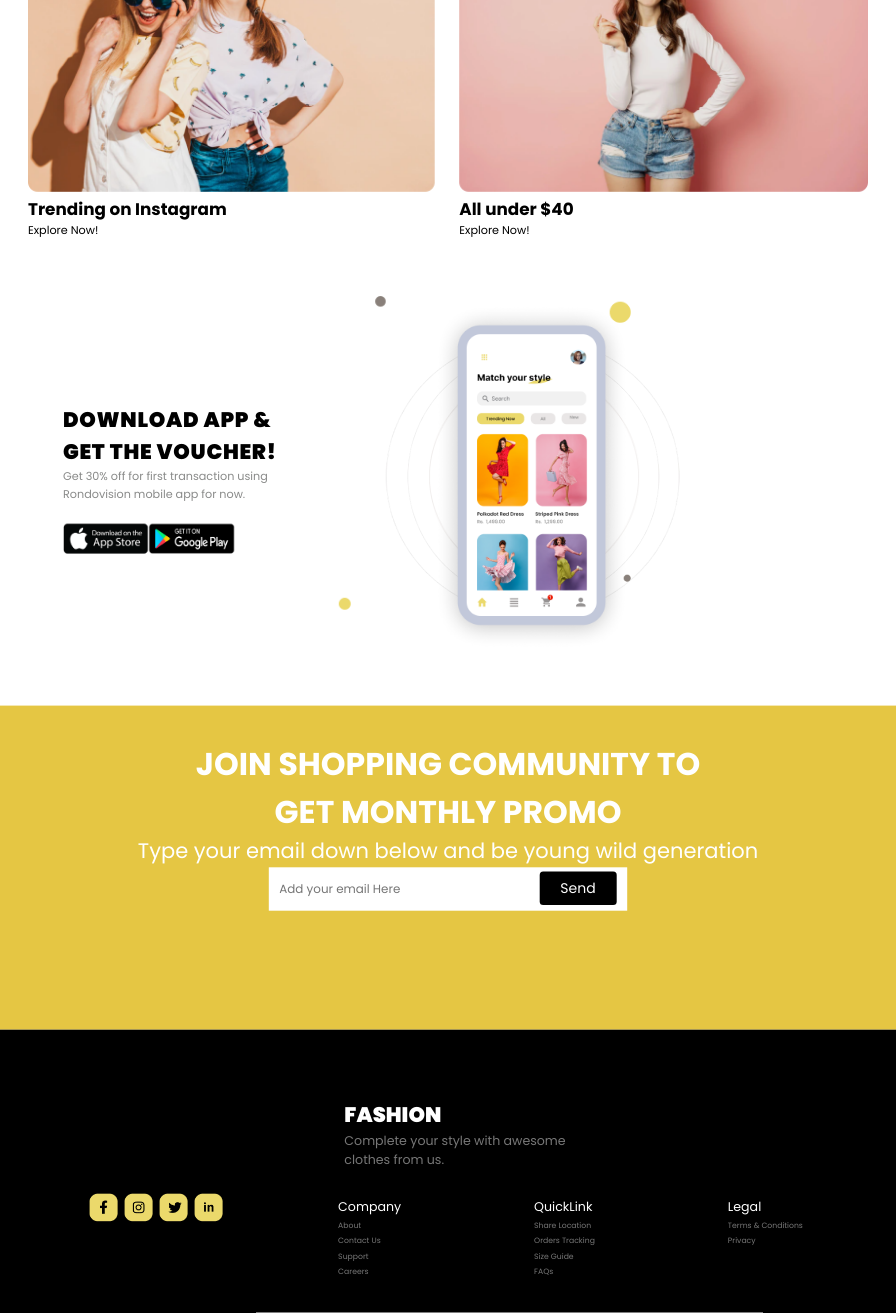
Repository: isaacCodes1/FashionWebsite
Page: index.html
These files come from the project's save history. The page is drawn as it stood at one moment and after the next save; the edit follows.
The browser window is 1280 px wide. The pictures show the part of the page from y = 2560 to 4480 px (the page is 4435 px tall before and 4480 px after), at 70% of full size.

Above is the page before, as saved 2024-03-14 10:48:36.

### index.html
<!DOCTYPE html>
<html lang="en">
  <head>
    <meta charset="UTF-8" />
    <meta name="viewport" content="width=device-width, initial-scale=1.0" />
    <title>Shopping Site Assignment</title>
    <link rel="stylesheet" href="style.css" />
  </head>
  <body>
    <header>
      <nav>
        <!--------- NavItems ------->
        <div class="image">
          <a href="#"><img src="/Assets/Vector (3).png" />FASHION</a>
        </div>
        <div class="navItems">
          <ul>
            <li><a href="#">CATALOGUE</a></li>
            <li><a href="#">FASHION</a></li>
            <li><a href="#">FAVORITE</a></li>
            <li><a href="#">LIFESTYLE</a></li>
          </ul>
          <button>SIGN UP</button>
        </div>
      </nav>
    </header>
    <main>
      <!------- FirstPage ------>
      <section class="firstPageCont">
        <div class="FirstPage">
          <div class="txtCont">
            <h1>
              <span class="spn1">LET'S <br /></span>EXPLORE <br />
              <span class="spn2">UNIQUE <br /></span>CLOTHES.
            </h1>
            <p>Live for Influential and Innovative fashion!</p>
            <div class="txtBtn">
              <img src="/Assets/Vector 9.png" alt="" />
              <button class="btns">Shop Now</button>
            </div>
          </div>
          <div class="imgCont">
            <div class="star1"><img src="/Assets/Star 11.png" alt="" /></div>
            <div class="star2"><img src="/Assets/Star 11.png" alt="" /></div>
            <div class="star3"><img src="/Assets/Star 11.png" alt="" /></div>
            <div class="star4"><img src="/Assets/Star 11.png" alt="" /></div>
            <img src="/Assets/girl.png" alt="" />
          </div>
        </div>
      </section>
      <!------ Logos ------->
      <section class="firstPageFooter">
        <div class="logoCont">
          <img src="/Assets/HM.png" alt="" />
          <img src="/Assets/Obey.png" alt="" />
          <img src="/Assets/Shopify.png" alt="" />
          <img src="/Assets/Lacoste.png" alt="" />
          <img src="/Assets/Levis.png" alt="" />
          <img src="/Assets/Amazon.png" alt="" />
        </div>
      </section>
      <section class="nextPageCont">
        <div class="nextPageText">
          <h1>NEW ARRIVALS</h1>
          <img src="/Assets/Vector 9.png" alt="" />
        </div>
        <div class="prettyImages">
          <div class="Images">
            <div class="prettyImg">
              <img src="/Assets/image1.png" alt="" />
            </div>
            <div class="prettyText">
              <div class="txtIcon">
                <h1>Hoodies & Sweatshirt</h1>
                <p>Explore Now!</p>
              </div>
              <div class="icons"></div>
            </div>
          </div>
          <div class="Images">
            <div class="prettyImg">
              <img src="/Assets/image2.png" alt="" />
            </div>
            <div class="prettyText">
              <div class="txtIcon">
                <h1>Coats & Parkas</h1>
                <p>Explore Now!</p>
              </div>
              <div class="icons"></div>
            </div>
          </div>
          <div class="Images">
            <div class="prettyImg">
              <img src="/Assets/image3.png" alt="" />
            </div>
            <div class="prettyText">
              <div class="txtIcon">
                <h1>Tees & T-Shirt</h1>
                <p>Explore Now!</p>
              </div>
              <div class="icons"></div>
            </div>
          </div>
        </div>
      </section>
      <section class="payDay">
        <div class="genDiv">
          <div class="yellowImg">
            <img src="/Assets/image 12.png" alt="" />
          </div>
          <div class="yellowTxt">
            <h1><span class="spn3">PAYDAY</span>SALE NOW</h1>
            <p>
              Spend minimal $100 get 30% off <br />voucher code for your next
              purchase
            </p>
            <p><strong>1 June -10 June 2021</strong></p>
            <p class="para">*Terms &Conditions apply</p>
            <button class="btn">SHOP NOW</button>
          </div>
        </div>
      </section>
      <!--------   Images   ------->
      <section class="nextPageCont">
        <div class="nextPageText">
          <h1>Young's Favorite.</h1>
          <img class="vector" src="/Assets/Vector 9.png" alt="" />
        </div>
        <div class="prettyImages">
          <div class="Images">
            <div class="prettyImg">
              <img src="/Assets/Girls.png" alt="" />
            </div>
            <div class="prettyText">
              <div class="txtIcon">
                <h1>Trending on Instagram</h1>
                <p>Explore Now!</p>
              </div>
              <div class="icons"></div>
            </div>
          </div>

          <div class="Images">
            <div class="prettyImg">
              <img src="/Assets/Rectangle 49.png" alt="" />
            </div>
            <div class="prettyText">
              <div class="txtIcon">
                <h1>All under $40</h1>
                <p>Explore Now!</p>
              </div>
              <div class="icons"></div>
            </div>
          </div>
        </div>
      </section>
      <!---- Apps----->
      <section class="nextPageCont2">
        <div class="nextPageText2">
          <h1>DOWNLOAD APP & <br />GET THE VOUCHER!</h1>
          <p>
            Get 30% off for first transaction using <br />Rondovision mobile app
            for now.
          </p>
          <div class="store">
            <img src="/Assets/Apple Store.png" alt="" />
            <img src="/Assets/Google Play.png" alt="" />
          </div>
        </div>
        <div class="Images2">
          <div class="prettyImg2">
            <img src="/Assets/Mobile app.png" alt="" />
            <div class="circle1"><img src="/Assets/circle.png" alt="" /></div>
            <div class="circley"><img src="/Assets/circle y.png" alt="" /></div>
            <div class="circleye">
              <img src="/Assets/circle y.png" alt="" />
            </div>
            <div class="circle2"><img src="/Assets/circle.png" alt="" /></div>
            <div class="bigC"><img src="/Assets/back1.png" alt="" /></div>
            <div class="largeC">
              <img src="/Assets/lagrescircle.png" alt="" />
            </div>
            <div class="largeC1">
              <img src="/Assets/lagrescircle.png" alt="" />
            </div>
          </div>
        </div>
        <div class="icons"></div>
      </section>
      <!------ Footer ------>
      <section class="footer">
        <div class="footerDiv">
          <div class="h1footer">
            <h1>
              JOIN SHOPPING COMMUNITY TO <br />
              GET MONTHLY PROMO
            </h1>
          </div>
          <div class="pFooter">
            <p>Type your email down below and be young wild generation</p>
            <div class="input">
              <input
                class="input"
                type="text"
                placeholder="Add your email Here"
              />
              <!-- <input class="inputbtn" type="button" value="SEND" /> -->
              <a href="#">Send</a>
            </div>
          </div>
        </div>
      </section>
      <section class="foot">
        <div class="footDiv">
          <div class="footTxt">
            <h1>FASHION</h1>
            <p>
              Complete your style with awesome <br />
              clothes from us.
            </p>
          </div>

          <div class="socialIcons">
            <div class="icon">
              <img src="/Assets/Facebook.png" alt="" />
            </div>
            <div class="icon">
              <img src="/Assets/Instagram.png" alt="" />
            </div>
            <div class="icon">
              <img src="/Assets/Twitter.png" alt="" />
            </div>
            <div class="icon">
              <img src="/Assets/Linkedn.png" alt="" />
            </div>
            <div class="links">
              <div class="links1">Company</div>
              <div class="links2">About</div>
              <div class="links2">Contact Us</div>
              <div class="links2">Support</div>
              <div class="links2">Careers</div>
            </div>
            <div class="links">
              <div class="links1">QuickLink</div>
              <div class="links2">Share Location</div>
              <div class="links2">Orders Tracking</div>
              <div class="links2">Size Guide</div>
              <div class="links2">FAQs</div>
            </div>
            <div class="links">
              <div class="links1">Legal</div>
              <div class="links2">Terms & Conditions</div>
              <div class="links2">Privacy</div>
            </div>
          </div>
        </div>
      </section>
    </main>
  </body>
</html>

### style.css
@import url("https://fonts.googleapis.com/css2?family=Poppins:ital,wght@0,100;0,200;0,300;0,400;0,500;0,600;0,700;0,800;0,900;1,100;1,200;1,300;1,400;1,500;1,600;1,700;1,800;1,900&display=swap");
* {
  margin: 0;
  padding: 0;
  box-sizing: border-box;
  font-family: "Poppins", sans-serif;
}
nav {
  display: flex;
  align-items: center;
  justify-content: space-between;
  width: 100%;
  padding: 20px 40px;
}
.image a {
  display: flex;
  align-items: center;
  gap: 6px;
  text-decoration: none;
  color: #000;
  font-size: 16px;
  font-weight: 900;
}
.image a img {
  width: 16%;
}
.navItems {
  display: flex;
  gap: 30px;
  align-items: center;
}
.navItems ul {
  display: flex;
  gap: 30px;
  list-style: none;
}
.navItems ul li a {
  text-decoration: none;
  color: #000;
  font-size: 16px;
  font-weight: 500;
}
.navItems ul li:hover {
  transform: scale(1.05);
  transition: 1s ease-in-out;
}
.navItems button {
  border: 0;
  background: #000;
  padding: 10px 20px;
  color: #fff;
  border-radius: 5px;
  font-size: 13px;
}
.navItems button:hover {
  transform: scale(1.05);
  transition: 1s ease-in-out;
  color: #000;
  background: rgb(137, 136, 136);
}
/* firstPageCtn */
.firstPageCont {
  padding: 20px 40px;
}
.FirstPage {
  display: flex;
  flex: 1;
  width: 100%;
  height: 90vh;
  padding: 40px 10px 0px 10px;
  border-radius: 30px;
  background: #f4f6f5;
}
.txtCont {
  display: flex;
  flex: 0.5;
  flex-direction: column;
  gap: 10px;
  padding-left: 40px;
}

.txtCont h1 {
  font-size: 64px;
  font-weight: 900;
  width: 50%;
  line-height: 75px;
}

.txtCont p {
  font-size: 20px;
}
.txtBtn {
  display: flex;
  align-items: center;
  width: 80%;
  margin-top: 10px;
  gap: 10px;
}
.btns {
  border: 0;
  background: #000;
  padding: 10px 20px;
  color: #fff;
  border-radius: 5px;
  font-size: 13px;
}
.btns:hover {
  transform: scale(1.05);
  transition: 1s ease-in-out;
  color: #000;
  background: rgb(137, 136, 136);
}
.txtBtn img {
  width: 100px;
}
.imgCont {
  flex: 0.5;
  display: flex;
  position: relative;
}
.star1 {
  position: absolute;
  top: 5px;
  left: 10px;
}
.star1 img {
  width: 30px;
}
.star2 {
  position: absolute;
  top: 20px;
  left: 450px;
}
.star2 img {
  width: 30px;
}
.star3 {
  position: absolute;
  bottom: 10px;
  left: 70px;
}
.star3 img {
  width: 30px;
}
.star4 {
  position: absolute;
  bottom: 20px;
  left: 400px;
}
.star4 img {
  width: 30px;
}
.spn1 {
  display: flex;
  align-items: center;
  background-image: url(/Assets/rectangle1.png);
  background-size: cover;
  background-repeat: no-repeat;
  width: 100%;
  padding-left: 20px;
}
.spn2 {
  background-image: url(/Assets/Rectangle2.png);
  background-size: cover;
  background-repeat: no-repeat;
  padding-right: 50px;
  padding-left: 20px;
}
/* next Page */
.firstPageFooter {
  background: #ebd96b;
  padding: 20px 30px;
  display: flex;
  align-items: center;
  justify-content: center;
}
.logoCont {
  display: flex;
  justify-content: center;
  gap: 50px;
}
.logoCont img {
  width: 7%;
}
.nextPageCont {
  margin-top: 20px;
  padding: 20px 40px;
  display: flex;
  flex-direction: column;
  gap: 55px;
  margin-bottom: 50px;
}
.nextPageText {
  position: relative;
}
.nextPageText h1 {
  font-size: 38px;
  letter-spacing: 1px;
  font-weight: 900;
}
.nextPageText img {
  position: absolute;
  bottom: 5px;
  left: 200px;
  width: 10%;
  z-index: -1;
}
.prettyImages {
  display: flex;
  gap: 35px;
}

.prettyImg img {
  width: 100%;
}
.payDay {
  background: linear-gradient(
    1.32deg,
    #e0c340 0.13%,
    #dfc23e 3.97%,
    #e1c441 7.2%,
    #e3c743 10.13%,
    #e4c542 12.98%,
    #e6c744 15.99%,
    #e7c845 19.52%,
    #e5c643 23.96%,
    #e6c945 30.43%,
    #e3c743 36.49%,
    #e9ca48 42.49%,
    #edce49 49.35%,
    #f0d44c 55.42%,
    #f4d84f 61.43%,
    #f6da52 65.74%,
    #f7db53 72.23%,
    #f9dd55 77.43%,
    #f9df56 83.84%,
    #fae157 91.52%,
    #f9df56 97.87%
  );
}
.yellowTxt {
  flex-direction: column;
  margin-bottom: 10px;
}
.yellowTxt h1 {
  font-size: 65px;
  font-weight: 900;
}
.yellowTxt p {
  font-size: 22px;
  font-weight: 500;
}

.yellowImg img {
  flex: 0.5;
  display: flex;
  width: 600px;
  position: relative;
}

.genDiv {
  display: flex;
  align-items: center;
}
.btn {
  border: 0;
  background: #000;
  padding: 15px 25px;
  color: #fff;
  border-radius: 5px;
  font-size: 18px;
  font-weight: 500;
}
.btn:hover {
  transform: scale(1.05);
  transition: 1s ease-in-out;
  color: #000;
  background: rgb(137, 136, 136);
}
.spn3 {
  display: flex;
  background-image: url(/Assets/rectangle1.png);
  background-size: cover;
  background-repeat: no-repeat;
  width: 300px;
}
.nxtSect {
  margin-top: 20px;
  padding: 20px 40px;
  display: flex;
  flex-direction: column;
  gap: 50px;
  margin-bottom: 50px;
}
.nxtSectText {
  position: relative;
}
.nxtSectText h1 {
  font-size: 38px;
  letter-spacing: 1px;
  font-weight: 900;
}
.nxtSectText img {
  position: absolute;
  bottom: 6px;
  left: 250px;
  width: 10%;
  z-index: -1;
}
.assetText {
  display: flex;
  flex-direction: column;
}

/* storeSection */
.nextPageCont1 {
  margin-top: 20px;
  padding: 20px 40px;
  display: flex;
  flex-direction: column;
  gap: 50px;
  margin-bottom: 50px;
}
.nextPageText1 {
  position: relative;
  margin-left: 70px;
}
.nextPageText1 h1 {
  font-size: 38px;
  letter-spacing: 1px;
  font-weight: 900;
}
.prettyImages1 {
  display: flex;
  gap: 35px;
}
.prettyImg1 img {
  width: 40%;
  cursor: pointer;
}
.Images2 {
  display: flex;
}
.prettyImg2 {
  position: relative;
}
.prettyImg2 img {
  width: 70;
  height: 500px;
  margin-left: 70px;
}
.nextPageCont2 {
  margin-top: 20px;
  padding: 20px 40px;
  display: flex;
  gap: 50px;
  margin-bottom: 50px;
  align-items: center;
}
.nextPageText2 {
  display: flex;
  flex-direction: column;
  margin-left: 50px;
}
.nextPageText2 p {
  margin-bottom: 30px;
  color: #898a89;
}
.nextPageText2 h1 {
  font-size: 30px;
  letter-spacing: 1px;
  font-weight: 900;
}
.nextPageText2 img {
  width: 30%;
  cursor: pointer;
  display: flex;
}
.store {
  display: flex;
}
.circle1 {
  position: absolute;
  right: 350px;
  bottom: 500px;
}
.circle1 img {
  width: 15px;
  height: 15px;
  display: flex;
}
.circley {
  position: absolute;
  right: 0;
  bottom: 470px;
}
.circley img {
  width: 30px;
  height: 30px;
}
.circleye {
  position: absolute;
  right: 400px;
  bottom: 60px;
}
.circleye img {
  width: 17px;
  height: 17px;
}
.circle2 {
  position: absolute;
  right: 0;
  bottom: 100px;
}
.circle2 img {
  width: 10px;
  height: 10px;
}
.elipses {
  position: absolute;
}
.bigC {
  position: absolute;
  right: -12px;
  bottom: 100px;
  z-index: -1;
}
.bigC img {
  width: 300px;
  height: 300px;
  background: transparent;
}

.largeC {
  position: absolute;
  right: -41px;
  bottom: 70px;
  z-index: -1;
}
.largeC img {
  width: 360px;
  height: 360px;
  /* background: transparent; */
}
.largeC1 {
  position: absolute;
  right: -70px;
  bottom: 50px;
  z-index: -1;
}
.largeC1 img {
  width: 420px;
  height: 400px;
}
.footerDiv {
  background: #e5c643;
  padding-bottom: 170px;
}
.h1footer {
  color: #fff;
  text-align: center;
  padding-top: 50px;
  font-size: 30px;
  font-weight: 1000;
}
.pFooter {
  display: flex;
  flex-direction: column;
  justify-content: center;
  align-items: center;
  text-align: center;
  color: #fff;
  font-size: 30px;
}
/* .input {
  border: 1px;
  padding: 13px 170px 13px 9px;
  border-radius: 4px;
  outline: none;
  position: relative;
  margin-bottom: 3px;
}
.inputbtn {
  background: #000;
  color: #fff;
} */
.input {
  background: #fff;
  width: 40%;
  padding: 5px 0px;
}
.input input {
  background: none;
  border: 0;
  padding: 13px 0px 13px 0px;
  width: 71%;
  font-size: 17px;
  outline: 0;
}
.input a {
  font-size: 20px;
  text-decoration: 0;
  color: #fff;
  background: #000;
  padding: 10px 30px;

  border-radius: 5px;
}
.footDiv {
  background: #000;
  padding-right: 50px;
  padding-left: 70px;
  place-items: center;
}
.footTxt h1 {
  padding-top: 100px;
}
.footTxt p {
  padding-bottom: 40px;
}
.footTxt h1 {
  color: #fff;
  font-size: 30px;
  font-weight: 900;
}
.footTxt p {
  color: #777;
  font-size: 18px;
}
.socialIcons {
  display: flex;
  gap: 20px;
}

.icon {
  background: #ebd96b;
  width: 30px;
  display: flex;
  align-items: center;
  justify-content: center;
  height: 30px;
  border-radius: 8px;
}
.icon img {
  display: flex;
  align-items: center;
  width: 40px;
  place-items: center;
}
.links {
  margin-left: 150px;
  padding-right: 20px;
  margin-bottom: 50px;
}
.links1 {
  display: flex;
  flex-direction: column;
  color: #fff;
  font-size: 18px;
  margin-top: 0px;
}
.links2 {
  color: #777;
  font-size: 11px;
  padding-top: 5px;
}

After the next save:
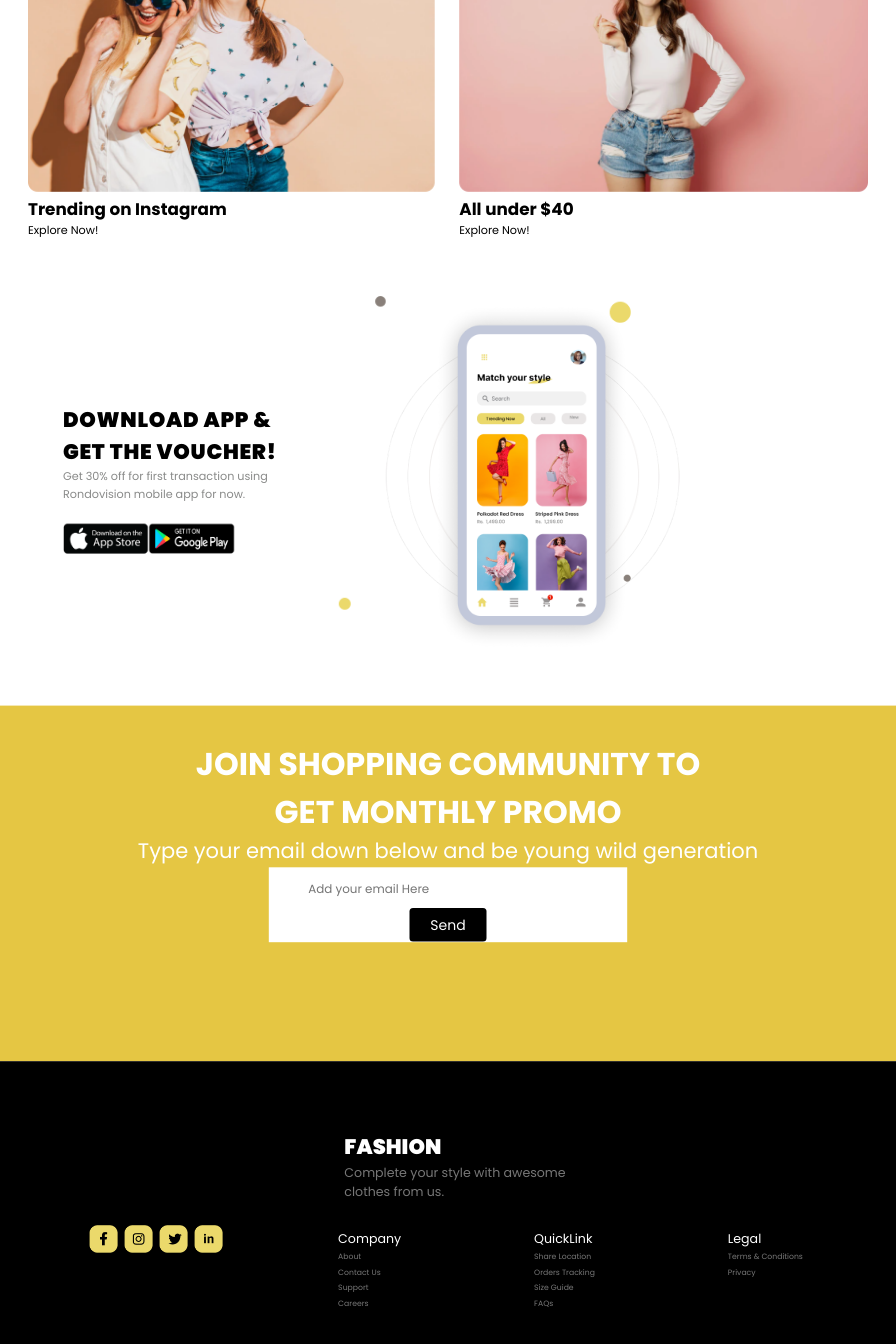
Saved 4 s later.
--- a/style.css
+++ b/style.css
@@ -493,7 +493,7 @@
   background: none;
   border: 0;
   padding: 13px 0px 13px 0px;
-  width: 71%;
+  width: 78%;
   font-size: 17px;
   outline: 0;
 }

After the save that followed:
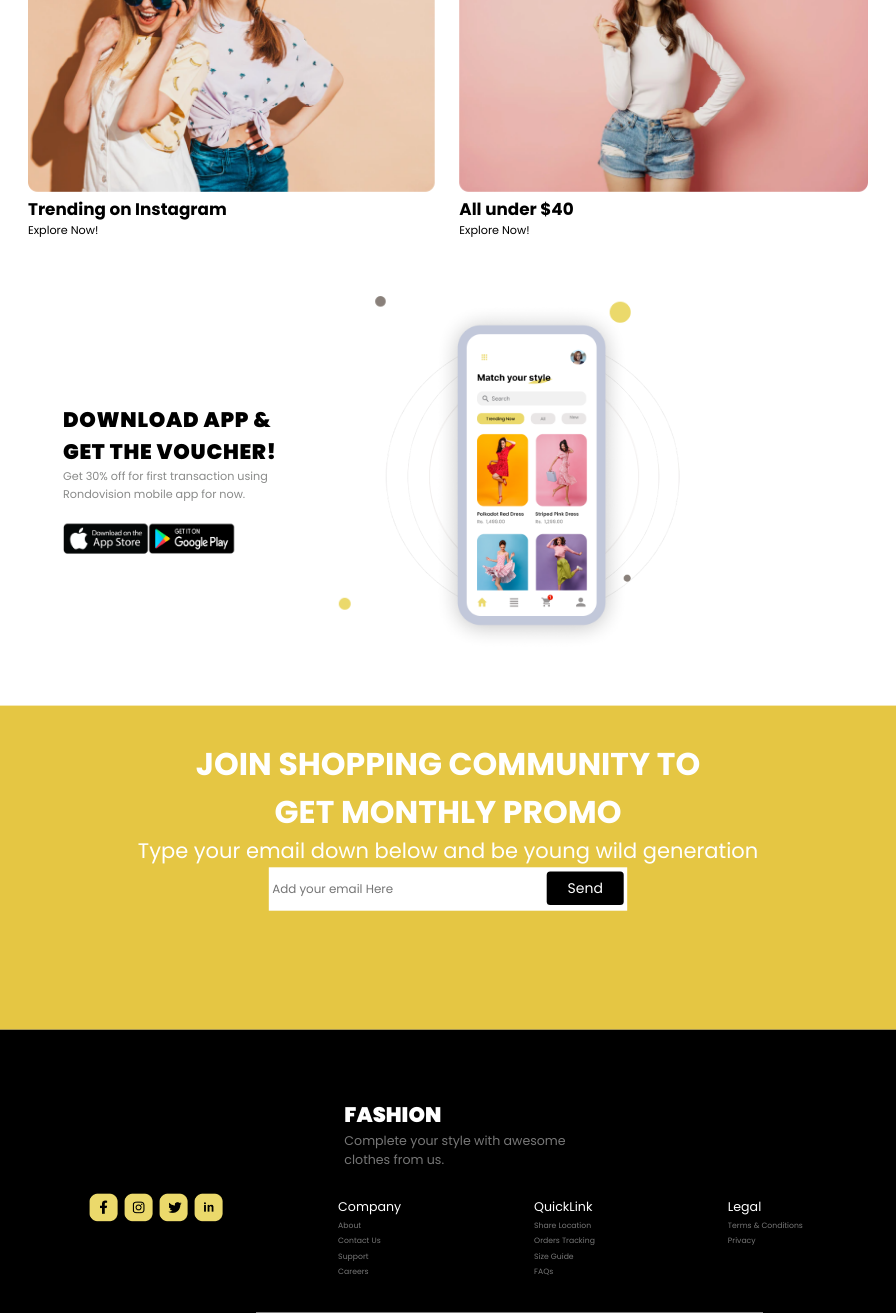
Saved 4 s later.
--- a/style.css
+++ b/style.css
@@ -493,7 +493,7 @@
   background: none;
   border: 0;
   padding: 13px 0px 13px 0px;
-  width: 78%;
+  width: 75%;
   font-size: 17px;
   outline: 0;
 }
